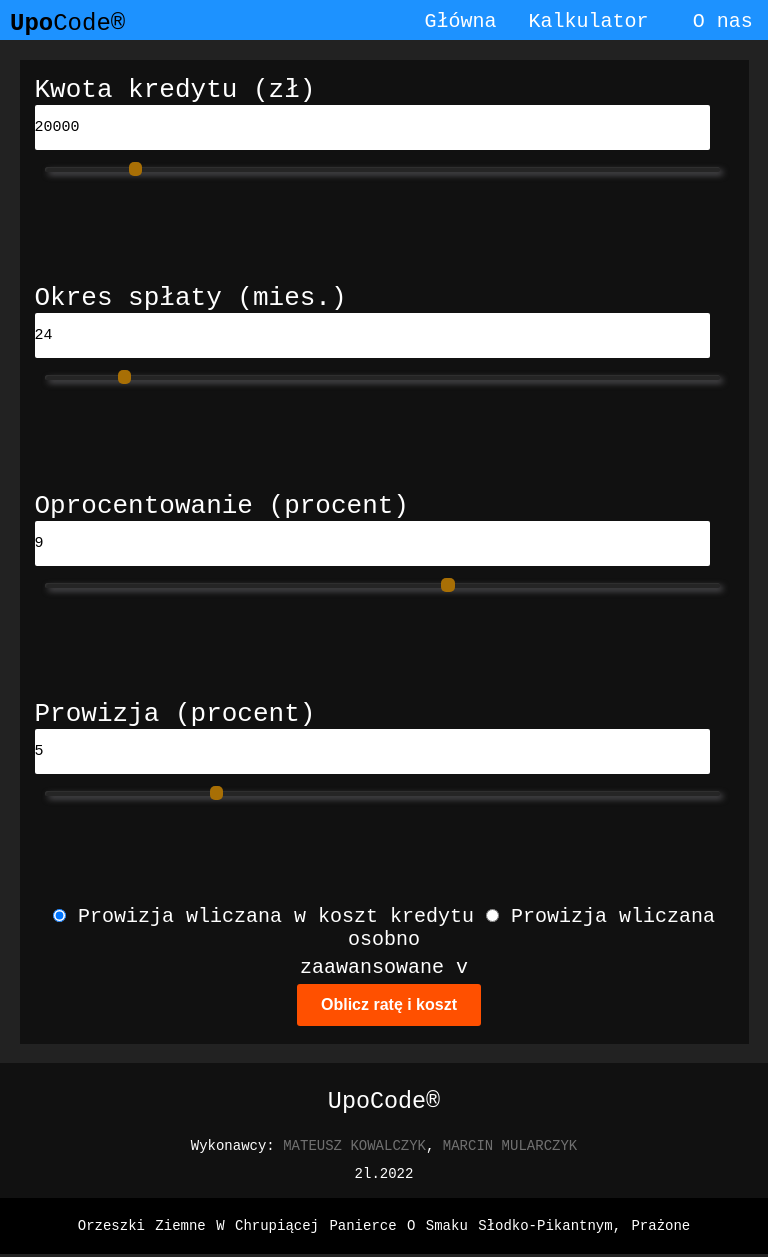
Repository: Klemingway/egzamin
Page: kalkulator.html
These files come from the project's save history. The page is drawn as it stood at one moment and after the next save; the edit follows.
The browser window is 768 px wide. The pictures show the whole page.

Above is the page before, as saved 2023-01-25 11:59:11.

### kalkulator.html
<!DOCTYPE html>
<html lang="pl">

<head>
    <meta charset="UTF-8">
    <meta http-equiv="X-UA-Compatible" content="IE=edge">
    <meta name="viewport" content="width=device-width, initial-scale=1.0">
    <link rel="stylesheet" href="style/styl.css">
    <link rel="shortcut icon" href="img/ikonna.png" type="image/x-icon">
    <script src="js/script.js"></script>
    <title>Bankowy</title>
</head>
<header>

    <div id="hod">
        <a style="text-decoration: none;color: white;" href="index.html">Główna</a>
        <a style="text-decoration: none;color: white;" href="kalkulator.html">Kalkulator</a> &puncsp;
        <div id="hod1"><a style="text-decoration: none; color: white;" href="bl.html">O nas</a></div>
    </div>
    <div id="hzd">
        <b>Upo</b>Code®
    </div>
</header>

<div id="gl">

    <div id="d1" class="d">
        Kwota kredytu (zł)
        <input type="text" name="kwota" pattern="[0-9]" id="kwota" class="wej" value="20000" onchange="document.getElementById('r1').value = this.value/1000"><br>
        <input type="range" min="1" max="150" value="20" id="r1" class="slider" oninput="document.getElementById('kwota').value = this.value*1000; ">
    </div>

    <div id="d2" class="d">
        Okres spłaty (mies.)
        <input type="text" name="splata" pattern="[0-9]" id="splata" class="wej" value="24" onchange="document.getElementById('r2').value = this.value"><br>
        <input type="range" min="12" max="120" value="24" id="r2" class="slider" oninput="document.getElementById('splata').value = this.value;">
    </div>


    <div id="d3" class="d">
        Oprocentowanie (procent)
        <input type="text" name="splata" pattern="[0-9]" id="oproc" class="wej" value="9" onchange="document.getElementById('r3').value = this.value*100"><br>
        <input type="range" min="1" max="1500" value="900" id="r3" class="slider" oninput="document.getElementById('oproc').value = this.value/100;">
    </div>

    <div id="d4" class="d">
        Prowizja (procent)
        <input type="text" name="prowiz" pattern="[0-9]" id="prowiz" class="wej" value="5" onchange="document.getElementById('r4').value = this.value"><br>
        <input type="range" min="0" max="20" value="5" id="r4" class="slider" oninput="document.getElementById('prowiz').value = this.value;">
    </div>

    <div id="d5">
        <label>
        <input type="radio" checked name="choice" value="wariant1" class="radio"> Prowizja wliczana w koszt kredytu
        </label>
        <label>
            <input type="radio" name="choice" value="wariant2" class="radio">
            Prowizja wliczana osobno
        </label>
    </div>
    <div id="d6">
        <a onclick="zaawansowane()" style="margin-bottom: 100px;">zaawansowane v</a>
    </div>
    <div id="d7">
        <input type="button" id="guzik" value="Oblicz ratę i koszt" onclick="test()">
    </div>
</div>
<!-- <div id="wyniki">

</div> -->



<footer>
    <div id="zawfoot">
        <h3>UpoCode®</h3>
        <p>Wykonawcy: <span>Mateusz Kowalczyk</span>, <span>Marcin Mularczyk</span><br>2l.2022</p>

    </div>
    <div class="dol">
        <p>Orzeszki ziemne w chrupiącej panierce o smaku słodko-pikantnym, prażone

        </p>
    </div>
</footer>

</body>

</html>

### style/styl.css
html,
body {
    padding: 0;
    margin: 0;
    font-family: monospace;
    background-color: #222222;
    overflow-x: hidden;
    min-height: 100%;
}

body::-webkit-scrollbar {
    width: 0.6em;
}

body::-webkit-scrollbar-track {
    -webkit-box-shadow: inset 0 0 6px rgba(0, 0, 0, 0.3);
}

body::-webkit-scrollbar-thumb {
    background-color: rgb(255, 136, 0);
}

body::-webkit-scrollbar-thumb:hover {
    background: rgba(255, 136, 0, 0.582);
}


/* header */

header {
    z-index: 5;
    text-decoration: none;
    padding-top: 0.5em;
    position: sticky;
    top: 0;
    height: 5vh;
    background-color: #1d92ff;
    width: 100vw;
    font-size: 20px;
}

#hzd {
    font-size: 1.2em;
    padding-left: 10px;
    background-color: #1d92ff;
}

#hod {
    float: right;
    word-spacing: 20px;
    margin-right: 2vw;
}

#hod1 {
    float: right;
    word-spacing: 0px;
}

#fw {
    position: relative;
    margin-top: 20px;
}


/* koniec headera */

#gl {
    padding-top: 1.5em;
    padding-left: 2em;
    padding-bottom: 2em;
    justify-content: center;
    background-color: #111111;
    color: white;
    margin: 1.5em;
    min-height: 20vh;
}


/* #d1 {
    background-color: aqua;
}

#d2 {
    background-color: brown;
}

#d3 {
    background-color: olive;
}

#d4 {
    background-color: orangered;
} */

#gll {
    background-color: #ff5000;
    width: 100%;
    height: auto;
    border: #ff5000 1px solid;
}

#d5 {
    font-size: 20px;
    padding-top: 5px;
    width: 100%;
    text-align: center;
    /* background-color: gold; */
}

#d6 {
    font-size: 20px;
    padding-top: 5px;
    width: 100%;
    text-align: center;
    /* background-color: rgb(0, 255, 115); */
}

#d7 {
    margin: 5px;
    display: flex;
    width: 100%;
    justify-content: center;
}

.d {
    word-wrap: break-word;
    font-size: 2em;
    padding: 2px;
    width: 50%;
    float: left;
    min-height: 13vh;
    padding-right: 4em;
}

#wyniki {
    min-height: 25em;
    margin-bottom: 3em;
}


/* wejscia wyjscia */

.wej {
    float: right;
    border-radius: 2px;
    outline: none;
    border: none;
    font-family: monospace;
    height: 3em;
    width: 9em;
    font-size: 15px;
}

.slider {
    margin: 10px;
    -webkit-appearance: none;
    outline: none;
    border-radius: 3px;
    height: 0.6vh;
    width: 21vw;
    background-color: rgb(37, 37, 37);
    box-shadow: 3px 3px 6px rgb(89, 88, 92), inset 1px 1px 1px #313131;
}

.slider::-webkit-slider-thumb {
    -webkit-appearance: none;
    width: 1em;
    height: 1em;
    cursor: pointer;
    background-color: rgb(168, 111, 5);
    overflow: visible;
    border-radius: 5px;
}

#guzik {
    display: inline-block;
    outline: none;
    cursor: pointer;
    font-weight: 600;
    border-radius: 3px;
    padding: 12px 24px;
    border: 0;
    color: #fff;
    background: #ff5000;
    line-height: 1.15;
    font-size: 16px;
}

#guzik:hover {
    transition: all .1s ease;
    box-shadow: 0 0 0 0 #fff, 0 0 0 3px #1d92ff;
}


/* footer */

footer {
    position: absolute;
    bottom: 0;
    width: 100%;
    left: 0;
    right: 0;
    background: #111;
    height: auto;
    width: 100vW;
    font-family: monospace;
    padding-top: 20px;
    color: white;
}

#zawfoot {
    display: flex;
    align-items: center;
    justify-content: center;
    flex-direction: column;
    text-align: center;
}

#zawfoot h3 {
    font-size: 1.8rem;
    font-weight: 400;
    text-transform: capitalize;
    line-height: 3rem;
}

#zawfoot p {
    max-width: 500px;
    margin: 10px auto;
    line-height: 28px;
    font-size: 14px;
}

* {
    margin: 0;
    padding: 0;
    box-sizing: border-box;
}

.dol {
    background: #000;
    width: 100vw;
    padding: 20px 0;
    text-align: center;
}

.dol p {
    font-size: 14px;
    word-spacing: 2px;
    text-transform: capitalize;
}

#zawfoot span {
    text-transform: uppercase;
    opacity: .4;
    font-weight: 200;
}


/* koniec footera */

@media (max-width: 1000px) {
    .d {
        padding-right: 1em;
        min-height: 26vh;
        width: 100%;
        padding-bottom: 0;
    }
    .slider {
        width: 100%;
    }
    .wej {
        width: 100%;
    }
    #gl {
        padding: 1em;
    }
    footer {
        position: relative;
    }
}

### js/script.js




function zaokrongl(variable) {
    return Math.round(variable * 100) / 100;
}
document.addEventListener('mouseup', function(e) {
    if(e.target.id == "dwd"){
        zamknij();
    }
    else if(e.target.id == "dwd2"){
        zamknij1();
    }
});
function tableCreate2(splata, k, oprocentowanie, kwota, rata, prowizja, kwota_dodana) {
    console.log("kwota: " + kwota);
    //tu sie dzieje magia sztańska i wgl ale no uwu
    var a = document.getElementById("wyniki2");
    // czyszczenie diva
    a.innerHTML = '';
    //ustawiamy sobie stałą
    const wyniki = document.a,
    // do tej stałej tworzymy element div
    div = document.createElement('div');
    // ustawiamy id diva jako tabela
    div.setAttribute("id", "tabela");
    //tworzymy tabele
    tbl = document.createElement('table');
    // dopisujemy tabele do diva
    div.appendChild(tbl);
    tbl.style.width = '110px';
    tbl.style.border = '1px solid black';

    var odsetki = 0,   suma_odsetek = 0,    suma = 0;
    var kapital = 0,   suma = 0,            kwota_kredytu=0;

    var element1 = document.getElementById('advanced2');
    var choice2 = document.getElementsByName('choice2');
    if(element1!==null && choice2[1].checked==true){
        kwota_kredytu= kwota - kwota_dodana;
        console.log("kwota+kredytu: " + kwota_kredytu)
    }
    else{
        kwota_kredytu = kwota;
        console.log("kwota+kredytu: " + kwota_kredytu)
    }
    // prosta pętla myśle że nic nie trzeba tłumaczyć
    loop1:
    for (let i = 0; i <= splata; i++) {
        const tr = tbl.insertRow();
        loop2:
        for (let j = 0; j < 4; j++) {
            odsetki = (oprocentowanie / k) * kwota_kredytu;


            kapital = rata - odsetki;
            const td = tr.insertCell();
            if (i == 0 && j == 0) {
                td.appendChild(document.createTextNode("L.p."));
                td.style.fontSize = '20px';
            } else if (i == 0 && j == 1) {
                td.appendChild(document.createTextNode("Odsetki"));
                td.style.fontSize = '20px';
            } else if (i == 0 && j == 2) {
                td.appendChild(document.createTextNode("Kapitał"));
                td.style.fontSize = '20px';
            } else if (i == 0 && j == 3) {
                td.appendChild(document.createTextNode("Wysokość raty"));
                td.style.fontSize = '20px';
            }
            if (j == 0 && i != 0) {
                if(kapital>=rata){
                    break loop1;
                }
                td.appendChild(document.createTextNode(i));
            } else if (j == 1 && i != 0) {
                suma_odsetek += odsetki;
                td.appendChild(document.createTextNode(zaokrongl(odsetki)));
            } else if (j == 2 && i != 0) {
                kwota_kredytu -= kapital;
                td.appendChild(document.createTextNode(zaokrongl(kapital)));
            } else if (j == 3 && i != 0) {
                suma += rata;
                td.appendChild(document.createTextNode(rata));
            }
            td.style.border = '1px solid black';

        }
    }
    console.log("Suma: "+suma)
    console.log("Suma odsetek: "+suma_odsetek)
    a.appendChild(div);
}
function obliczanie(I,N,oprocentowanie,choice,n,zaplata,prowizja,suma,k,kwota_dodana){
    var choice2 = document.getElementsByName('choice2');

        // jeżeli wybrane żeby Prowizja wliczana w koszt kredytu to wtedy to się liczy
        if (choice[0].checked == true) {
            prowizja = (document.getElementById("prowiz").value) / 100;

            prowizja = prowizja * N;
            // doliczamy prowizję do kwoty kredytu
            N = N * 1 + prowizja;

            // jeżeli okres spłaty wynosi mniej niż 12 miesięcy to analogicznie w roku
            // zapłacimy równowartość tego okresu bo w roku mamy max 12 rat
            k = 12;
            if (n < 12) {
                k = n;
            }
            for (var i = 1; i <= n; i++) {
                // no to tutaj przepisany wzór z matematycznego na kodowanie
                suma += Math.pow((1 + (oprocentowanie / k)), -i);
            }
            // tutaj jest licznik podzielony przez mianownik
            I = N / suma;
            // mnożymy naszą ratę razy ilość rat aby otrzymać ile będziemy musieli oddać bankowi
            zaplata = I * n;
            console.log("N: " + N)

            tableCreate2(n, k, oprocentowanie, N, zaokrongl(I), prowizja,kwota_dodana)
            document.getElementById("wyniki").innerHTML = "Wysokość raty: " + zaokrongl(I) + "<br>" +
                "Całkowita kwota do spłaty: " + zaokrongl(zaplata);

        // jeżeli wybrane żeby Prowizja wliczana osobno to wtedy to się liczy
        } else if (choice[1].checked == true) {
            prowizja = (document.getElementById("prowiz").value) / 100;
            prowizja = prowizja * N;
            // jeżeli okres spłaty wynosi mniej niż 12 miesięcy to analogicznie w roku zapłacimy równowartość tego okresu bo w roku mamy max 12 rat
            k = 12;
            if (n < 12) {
                k = n;
            }
            for (var i = 1; i <= n; i++) {
                // no to tutaj przepisany wzór z matematycznego na kodowanie
                suma += Math.pow((1 + (oprocentowanie / k)), -i);
            }
            // tutaj jest licznik podzielony przez mianownik
            I = N / suma;
            // mnożymy naszą ratę razy ilość rat aby otrzymać ile będziemy musieli oddać bankowi
            zaplata = I * n;
            // doliczamy prowizję po wszystkich obliczeniach
            zaplata = zaplata + prowizja;
            console.log("N: " + N)
            tableCreate2(n, k, oprocentowanie, N, zaokrongl(I), prowizja,kwota_dodana)
            document.getElementById("wyniki").innerHTML = "Wysokość raty: " + zaokrongl(I) + "<br>" +
                "Całkowita kwota do spłaty: " + zaokrongl(zaplata);
        }
        else{
            console.log("wda")
        }
        document.getElementById("dwd").style.backdropFilter = "blur(7px)";
        document.getElementById("wyniki").innerHTML += "<br><input type=\"button\" id='guzior1' onclick=\"pokaz()\" value=\"pokaż harmonogram rat\">";

}
function test() {
    document.getElementById("wyniki").style.visibility = "visible"; // a to to nwm pan mularczyk robił
    var I, N, oprocentowanie, k, n, suma = 0, zaplata, prowizja = 0;

    N = document.getElementById("kwota").value; // kwota kredytu
    oprocentowanie = document.getElementById("oproc").value/100; // oprocentowanie kredytu
    n = document.getElementById("splata").value; // okres splaty

    var choice = document.getElementsByName('choice');

    //////////////////////////////////////
    //                                  //
    // sprawdzenie czy jest rozwinięte  //
    //                                  //
    //////////////////////////////////////

    var element1 = document.getElementById('advanced2');
    var element2 = document.getElementById('advanced2');
    if(element1 !== null  && element2 !== null){
        var kwota_dodana = document.getElementById("kwotaDodana").value;
        var choice2 = document.getElementsByName('choice2'); // zaawansowane
        if(choice2[0].checked == true){
            console.log(kwota_dodana + "  " + "tyle samo rat ale mniejsza cena")
            //////////////////////////////////////////
            //                                      //
            //    tyle samo rat ale mniejsza cena   //
            //                                      //
            //////////////////////////////////////////
            N -= kwota_dodana;
            console.log("Nigger: " + N)
            obliczanie(I,N,oprocentowanie,choice,n,zaplata,prowizja,suma,k,kwota_dodana);

        }
        if(choice2[1].checked == true){
            console.log(kwota_dodana + "  " + "Mniej rat, po tej samej cenie raty")
            //////////////////////////////////////////
            //                                      //
            //  Mniej rat, po tej samej cenie raty  //
            //                                      //
            //////////////////////////////////////////


            obliczanie(I,N,oprocentowanie,choice,n,zaplata,prowizja,suma,k,kwota_dodana);
        }


    }
    else{
        obliczanie(I,N,oprocentowanie,choice,n,zaplata,prowizja,suma,k);
    }

}

function pokaz() {
    document.getElementById("dwd").style.visibility = "visible";
}

function zamknij() {
    document.getElementById("dwd").style.visibility = "hidden";
}
function pokaz1() {
    document.getElementById("dwd2").style.backdropFilter = "blur(7px)";
    document.getElementById("dwd2").style.visibility = "visible";
}

function zamknij1() {
    document.getElementById("dwd2").style.visibility = "hidden";
}

function zaawansowane(){
    var element = document.getElementById('advanced2');
    if(element === null){
        var a = document.getElementById("tabelka");
        const wyniki = document.a,
        /////////////////////////////////////////
        //                                     //
        //          input text kwata           //
        //                                     //
        /////////////////////////////////////////
        trA = document.createElement('tr');
        trA.setAttribute("id","advancedText");
        trA.setAttribute('style','position:relative; padding-top:200px; height:40px;')


        tdA = document.createElement('td');
        tdB = document.createElement('td');

        inputA = document.createElement('input');
        inputA.setAttribute('type','text');
        inputA.setAttribute('id','kwotaDodana');

        tdA.innerHTML += "Kwota dołożona";
        tdB.appendChild(inputA);
        trA.appendChild(tdA);
        trA.appendChild(tdB);
        a.appendChild(trA);

        tdA = document.createElement('td');
        tdB = document.createElement('td');

        inputA = document.createElement('input');
        inputA.setAttribute('type','text');
        inputA.setAttribute('id','ubezpieczenie');

        tdA.innerHTML += "Ubezpieczenie";
        tdB.appendChild(inputA);
        trA.appendChild(tdA);
        trA.appendChild(tdB);

        //a.appendChild(trB);
        a.appendChild(trA);

        /////////////////////////////////////////
        //                                     //
        //            inputy radio             //
        //                                     //
        /////////////////////////////////////////

        tr2 = document.createElement('tr');
        tr2.setAttribute("id", "advanced2");
        td1 = document.createElement('td');
        td1.setAttribute("colspan", "2");
        td1.setAttribute('style','text-align:center;');
        //style="text-align: center;"
        br = document.createElement('br');

        label1 = document.createElement('label');
        input1 = document.createElement('input');
        input1.setAttribute('type','radio');
        input1.setAttribute('name','choice2');
        input1.setAttribute('class','radio');
        input1.setAttribute('value','rat_mniej');

        label1.appendChild(input1);
        label1.innerHTML += ' Raty pozostają takie same, ale mniej';

        td2 = document.createElement('td');
        td2.setAttribute("colspan", "2");
        td2.setAttribute('style','text-align:center;');
        label2 = document.createElement('label');
        input2 = document.createElement('input');
        input2.setAttribute('type','radio');
        input2.setAttribute('name','choice2');
        input2.setAttribute('class','radio');
        input2.setAttribute('value','rat_tyle_samo');


        label2.appendChild(input2);
        label2.innerHTML += ' Mniejsza rata na taki sam okres czasu';


        td1.appendChild(br);
        td1.appendChild(label1);

        td2.appendChild(br);
        td2.appendChild(label2);

        tr2.appendChild(td2);
        tr2.appendChild(td1);

        a.appendChild(tr2);

        clicked = false;
    }
    else{
        var elem = document.getElementById("advanced2");
        elem.parentNode.removeChild(elem);
        elem = document.getElementById("advancedText");
        elem.parentNode.removeChild(elem);
    }
}

After the next save:
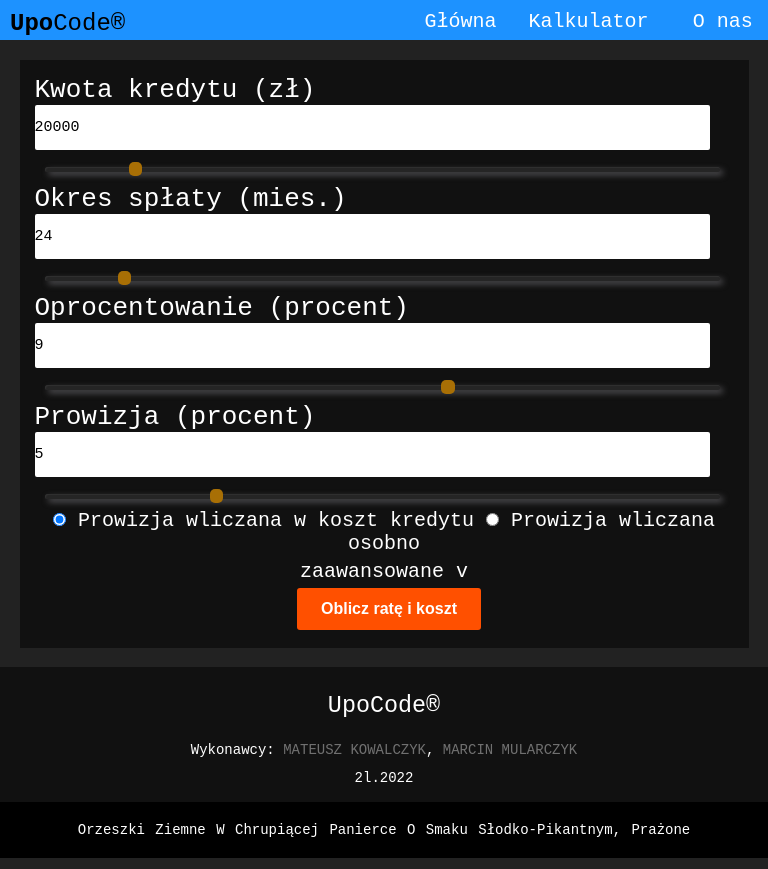
Saved 21 s later.
--- a/style/styl.css
+++ b/style/styl.css
@@ -261,7 +261,6 @@ footer {
 @media (max-width: 1000px) {
     .d {
         padding-right: 1em;
-        min-height: 26vh;
         width: 100%;
         padding-bottom: 0;
     }
